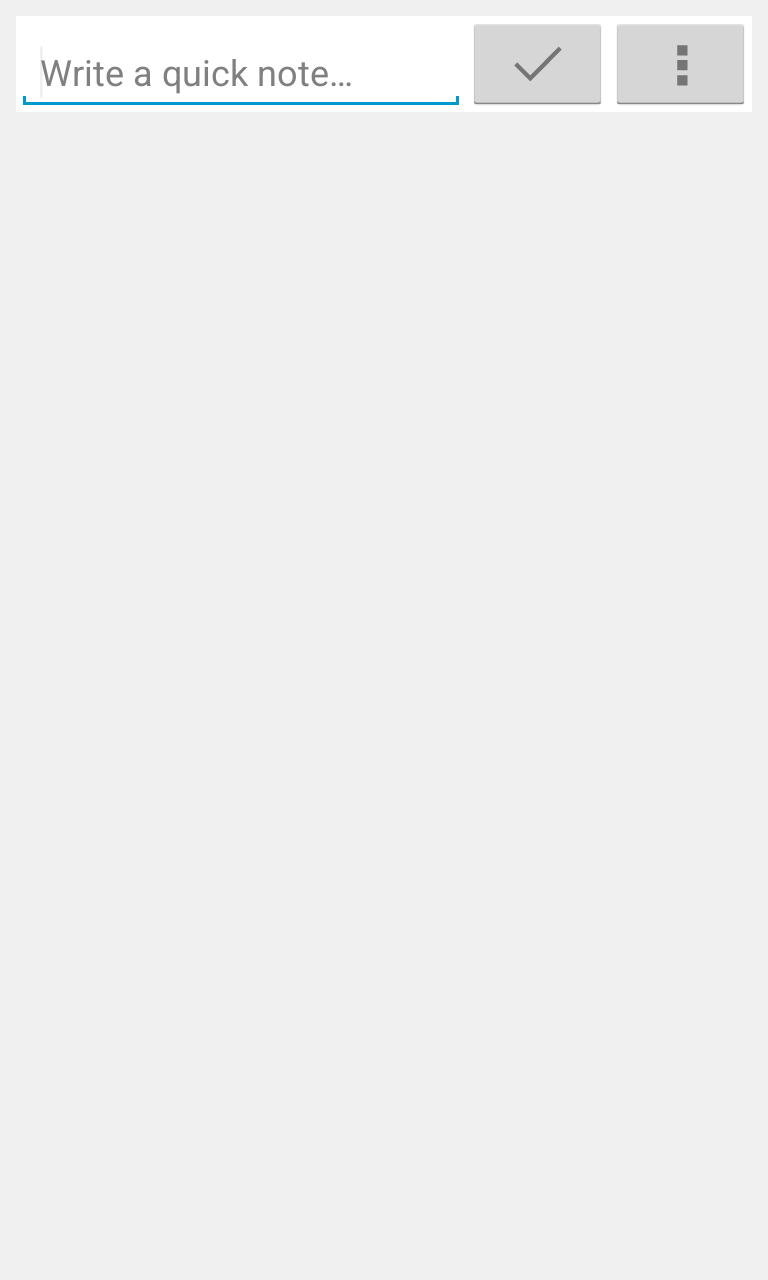
Repository: IrisAmp/fuzzy-octo-cmput301-proj
Layout: 301NotePrime/res/layout/activity_main.xml
The author's editor kept a copy of each file at every save. The layout is drawn from the files as they stood at one save, then again after the next save.
It is drawn on a 768 x 1280 px phone screen (xhdpi) without system bars, with theme AppTheme; the app's code is not run. Lists and similar views that code fills are empty.

Above is the layout before, as saved 2014-09-17 15:03:30.

### 301NotePrime/res/layout/activity_main.xml
<RelativeLayout xmlns:android="http://schemas.android.com/apk/res/android"
    xmlns:tools="http://schemas.android.com/tools"
    android:background="@color/default_bg"
    android:layout_width="match_parent"
    android:layout_height="match_parent"
    android:padding="@dimen/activity_vertical_less_margin"
    tools:context=".MainActivity" >

    <LinearLayout
        android:background="@color/default_highlight"
        android:id="@+id/linearLayout1"
        android:layout_width="wrap_content"
        android:layout_height="wrap_content"
        android:layout_alignParentLeft="true"
        android:layout_alignParentRight="true"
        android:layout_alignParentTop="true" >

        <EditText
            android:ems="10"
            android:hint="@string/quick_note_hint"
            android:id="@+id/editText1"
            android:inputType="textMultiLine"
            android:layout_width="wrap_content"
            android:layout_height="wrap_content"
            android:layout_weight="1"
            android:layout_gravity="bottom" >

            <requestFocus />

        </EditText>

        <ImageButton
            android:contentDescription="@string/accessibility_accept_button"
            android:id="@+id/button1"
            android:layout_width="wrap_content"
            android:layout_height="wrap_content"
            android:layout_weight="1"
            android:layout_gravity="bottom"
            android:src="@drawable/ic_action_accept" />

        <ImageButton
            android:contentDescription="@string/accessibility_overflow_button"
            android:id="@+id/button2"
            android:layout_width="wrap_content"
            android:layout_height="wrap_content"
            android:layout_weight="1"
            android:layout_gravity="bottom"
            android:src="@drawable/ic_action_overflow" />

    </LinearLayout>

    <ListView
        android:id="@+id/listView1"
        android:layout_width="match_parent"
        android:layout_height="wrap_content"
        android:layout_below="@+id/linearLayout1"
        android:layout_centerHorizontal="true"
        android:layout_marginTop="22dp" >
    </ListView>

</RelativeLayout>

### 301NotePrime/res/values/colors.xml
<?xml version="1.0" encoding="utf-8"?>
<resources>

    <color name="default_bg"        >#FFF0F0F0</color>
    <color name="default_highlight" >#FFFFFFFF</color>

</resources>

### 301NotePrime/res/values/strings.xml
<?xml version="1.0" encoding="utf-8"?>
<resources>

    <string name="app_name">byue301NotePrime</string>
    <string name="action_settings">Settings</string>
    <string name="hello_world">Hello world!</string>

    <string name="quick_note_hint">Write a quick note&#8230;</string>

    <string name="accessibility_accept_button">Accept</string>
    <string name="accessibility_overflow_button">More</string>

</resources>

Loaded but not shown: 301NotePrime/res/values/styles.xml (common file); 301NotePrime/res/values-v11/styles.xml (common file); 301NotePrime/res/values-v14/styles.xml (common file); 301NotePrime/res/values/dimens.xml (common file)

After the next save:
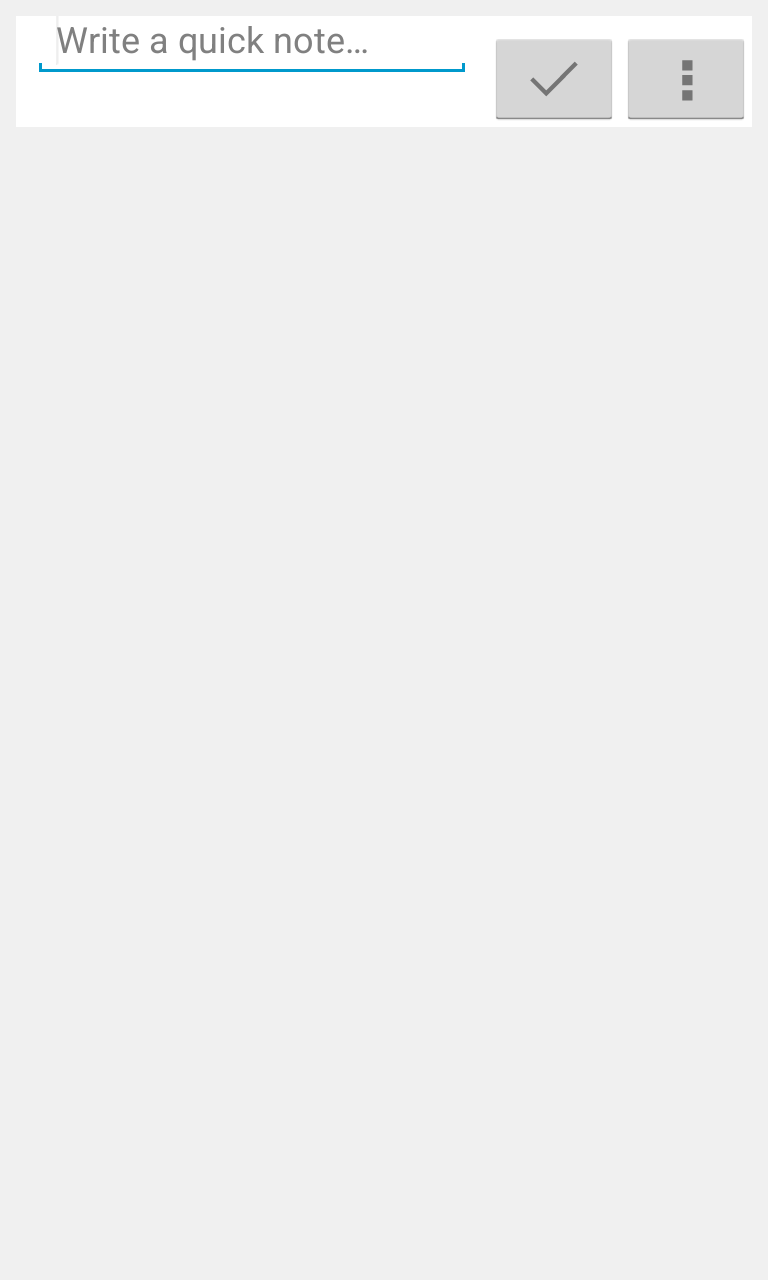
Saved 2 min 33 s later.
--- a/301NotePrime/res/layout/activity_main.xml
+++ b/301NotePrime/res/layout/activity_main.xml
@@ -23,7 +23,8 @@
             android:layout_width="wrap_content"
             android:layout_height="wrap_content"
             android:layout_weight="1"
-            android:layout_gravity="bottom" >
+            android:layout_gravity="bottom"
+            android:layout_margin="@dimen/activity_vertical_less_margin" >
 
             <requestFocus />
 
